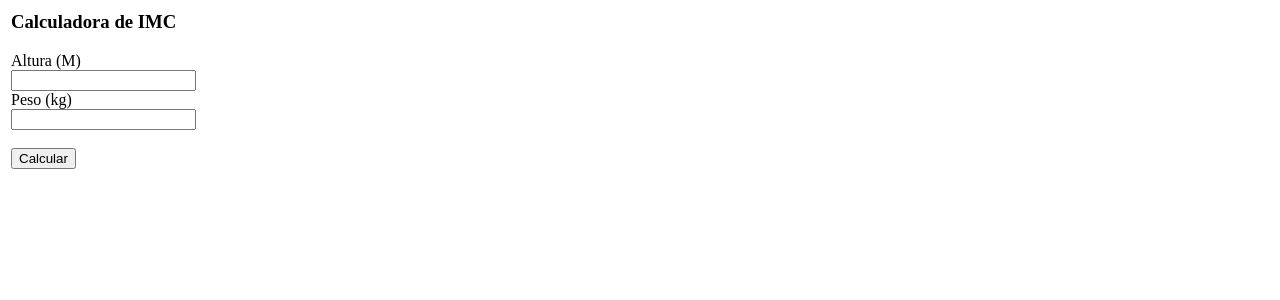
Repository: Patriciamativi/Projetos
Page: index.html
These files come from the project's save history. The page is drawn as it stood at one moment and after a run of saves; the edit follows.
The browser window is 1280 px wide. The pictures show the whole page.

Above is the page before, as saved 2022-11-21 15:57:35.

After the next 2 saves:
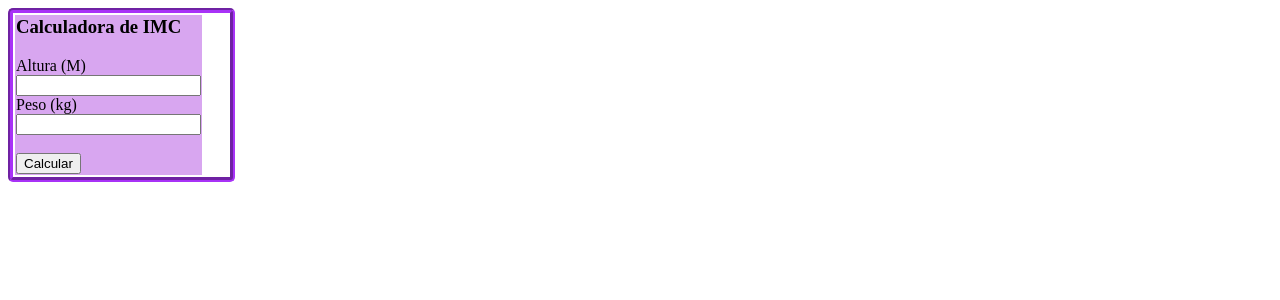
The 2 saves are shown as one change because they came seconds apart.
The last was saved 8 s later.
--- a/index.html
+++ b/index.html
@@ -2,7 +2,7 @@
     <head>
         <title>Calculadora de IMC</title>
         <meta charset="utf-8"/>
-        <link rel="stylesheet" href=""
+        <link rel="stylesheet" href="style.css">
     </head>
 
    <p>
